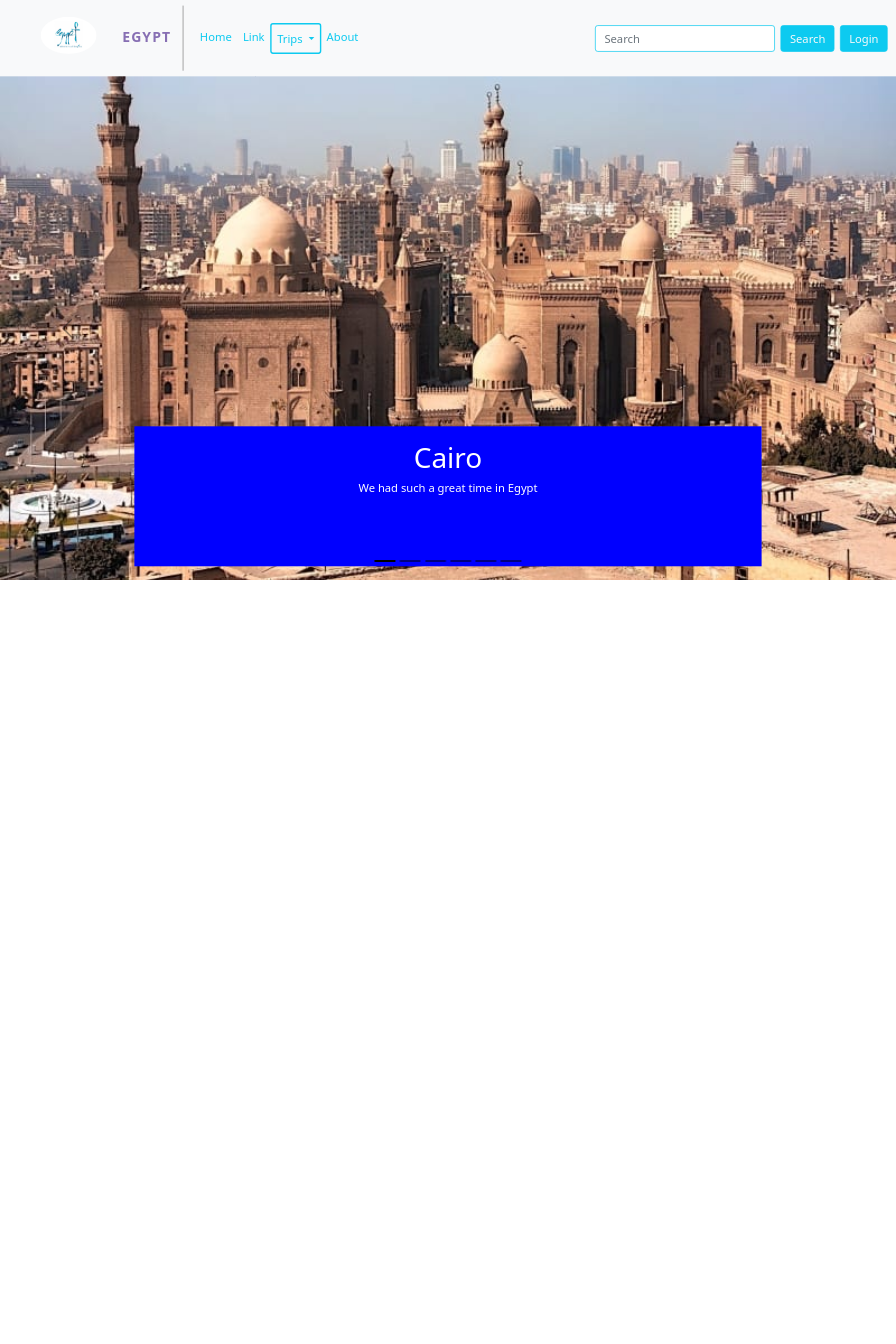
Repository: Ahmed123rezk123/P-temp
Page: index.html
An editor plug-in stored every save of this project. The page is shown before and after the next save, followed by the edit.
The browser window is 1280 px wide. The pictures show the part of the page from y = 0 to 1920 px (the page is 10000 px tall), at 70% of full size.

Above is the page before, as saved 2024-02-15 13:39:04.

After the next save:
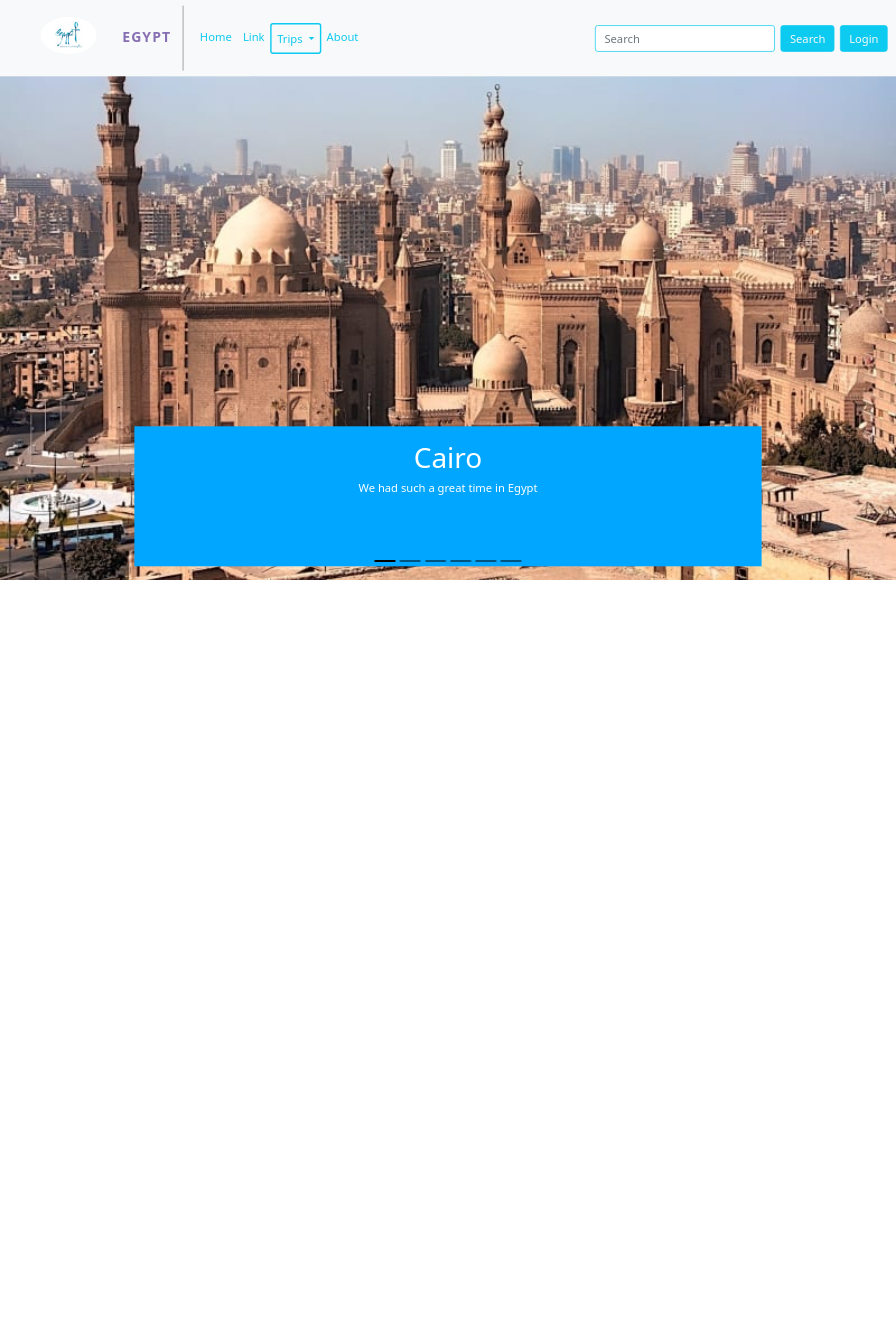
Saved 7 s later.
--- a/CSS/style.css
+++ b/CSS/style.css
@@ -37,7 +37,7 @@ box-shadow: none;
   .carousel-inner .content {
     width: 70%;
     height: 200px;
-    background-color: blue;
+    background-color: rgb(0, 166, 255);
   }
   .carousel-inner img {
     width: 100%;
